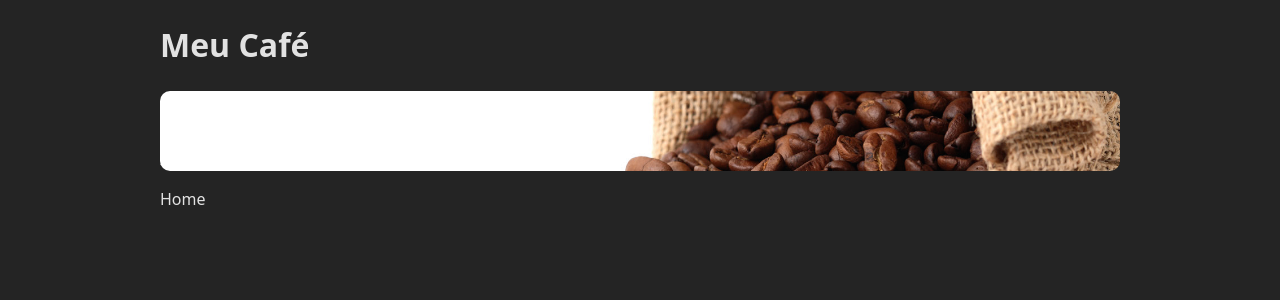
Repository: meiotera/meu_cafe.dev
Page: /
The author's editor kept a copy of each file at every save. The page is drawn from the files as they stood at one save, then again after the next save.
The browser window is 1280 px wide. The pictures show the whole page.
The project was rebuilt for these pictures with package versions that can differ from the ones it lists, and the page was loaded fresh each time. Also part of the build but not shown: vite.config.js, src/Pages/AboutUs.jsx, src/Pages/YourPlane.jsx.

Above is the page before, as saved 2025-04-02 16:34:58.

### src/index.css
:root {
  font-family: system-ui, Avenir, Helvetica, Arial, sans-serif;
  line-height: 1.5;
  font-weight: 400;

  color-scheme: light dark;
  color: rgba(255, 255, 255, 0.87);
  background-color: #242424;

  font-synthesis: none;
  text-rendering: optimizeLegibility;
  -webkit-font-smoothing: antialiased;
  -moz-osx-font-smoothing: grayscale;
}

a {
  font-weight: 500;
  color: #646cff;
  text-decoration: inherit;
}
a:hover {
  color: #535bf2;
}

body {
  width: 960px;
  margin: 0 auto;
}

### src/App.jsx
import React from 'react';
import { BrowserRouter, Routes, Route } from 'react-router-dom';

import Home from './Pages/Home';
import AboutUs from './Pages/AboutUs';
import YourPlane from './Pages/YourPlane';

import Header from './components/Header/Header';
import Main from './components/Main/Main';

function App() {
  return (
    <>
      <Header />

      <Main>
        <BrowserRouter>
          <Routes>
            <Route path="/" element={<Home />} />
            <Route path="sobre" element={<AboutUs />} />
            <Route path="planos" element={<YourPlane />} />
          </Routes>
        </BrowserRouter>
      </Main>
    </>
  );
}

export default App;

### src/Pages/Home.jsx
import React from 'react';
import Main from '../components/Main/Main';

const Home = () => {
  return <Main>Home</Main>;
};

export default Home;

### src/components/Header/Header.jsx
import React from 'react';

import styles from './Header.module.css';

const Header = () => {
  return (
    <header className={styles.header}>
      <h1>Meu Café</h1>

      <div className={styles.containerImg}>
        <h2>Um ótimo café de forma simples</h2>

        <p>Inicie seus dias com os melhores cafés. </p>
      </div>
    </header>
  );
};

export default Header;

### src/components/Main/Main.jsx
import React from 'react';

const Main = ({ children }) => {
  return <main>{children}</main>;
};

export default Main;

### src/components/Header/Header.module.css
.header {
  width: 100%;
  height: max-content;
}

.containerImg {
  background-image: url('../../../public/img/saca.png');
  background-repeat: no-repeat;
  background-size: cover;
  background-position: center;

  border-radius: 10px;
}

Loaded but not shown: index.html (common file); src/main.jsx (common file)

After the next save:
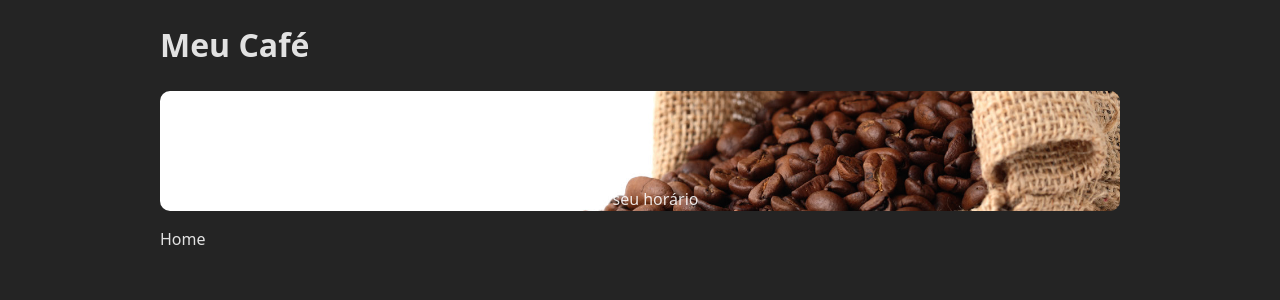
Saved 80 s later.
--- a/src/components/Header/Header.jsx
+++ b/src/components/Header/Header.jsx
@@ -10,7 +10,13 @@
       <div className={styles.containerImg}>
         <h2>Um ótimo café de forma simples</h2>
 
-        <p>Inicie seus dias com os melhores cafés. </p>
+        <div>
+          <p>Inicie seus dias com os melhores cafés. </p>
+          <p>
+            Cafés selecionados entregues diretamente na sua casa e no seu
+            horário
+          </p>
+        </div>
       </div>
     </header>
   );
